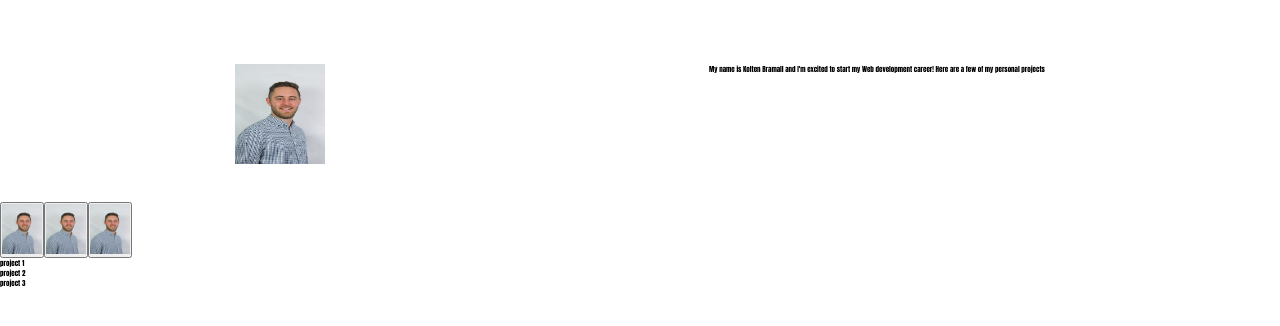
Repository: Kobramall/portfolio-project
Page: /portfolio
These files come from the project's save history. The page is drawn as it stood at one moment and after the next save; the edit follows.
The browser window is 1280 px wide. The pictures show the whole page.
The project was rebuilt for these pictures with package versions that can differ from the ones it lists, and the page was loaded fresh each time. Also part of the build but not shown: src/App.css, src/componets/Main.jsx. Imported but missing from the stored project, and not drawn on this page: src/assets/Landscape.mov.

Above is the page before, as saved 2022-11-01 15:26:43.

After the next save:
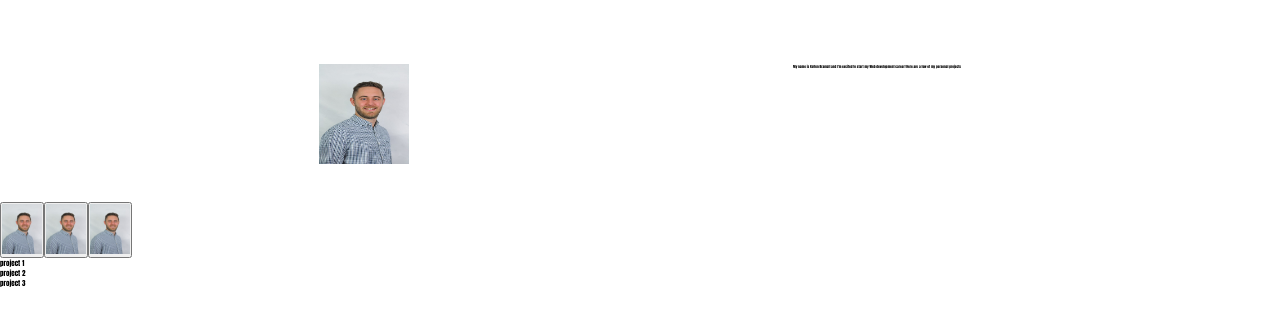
Saved 4 s later.
--- a/src/Portfolio.css
+++ b/src/Portfolio.css
@@ -15,5 +15,5 @@
   }
 
   .intro p{
-    font-size: 100%;
+    font-size: 50%;
   }
